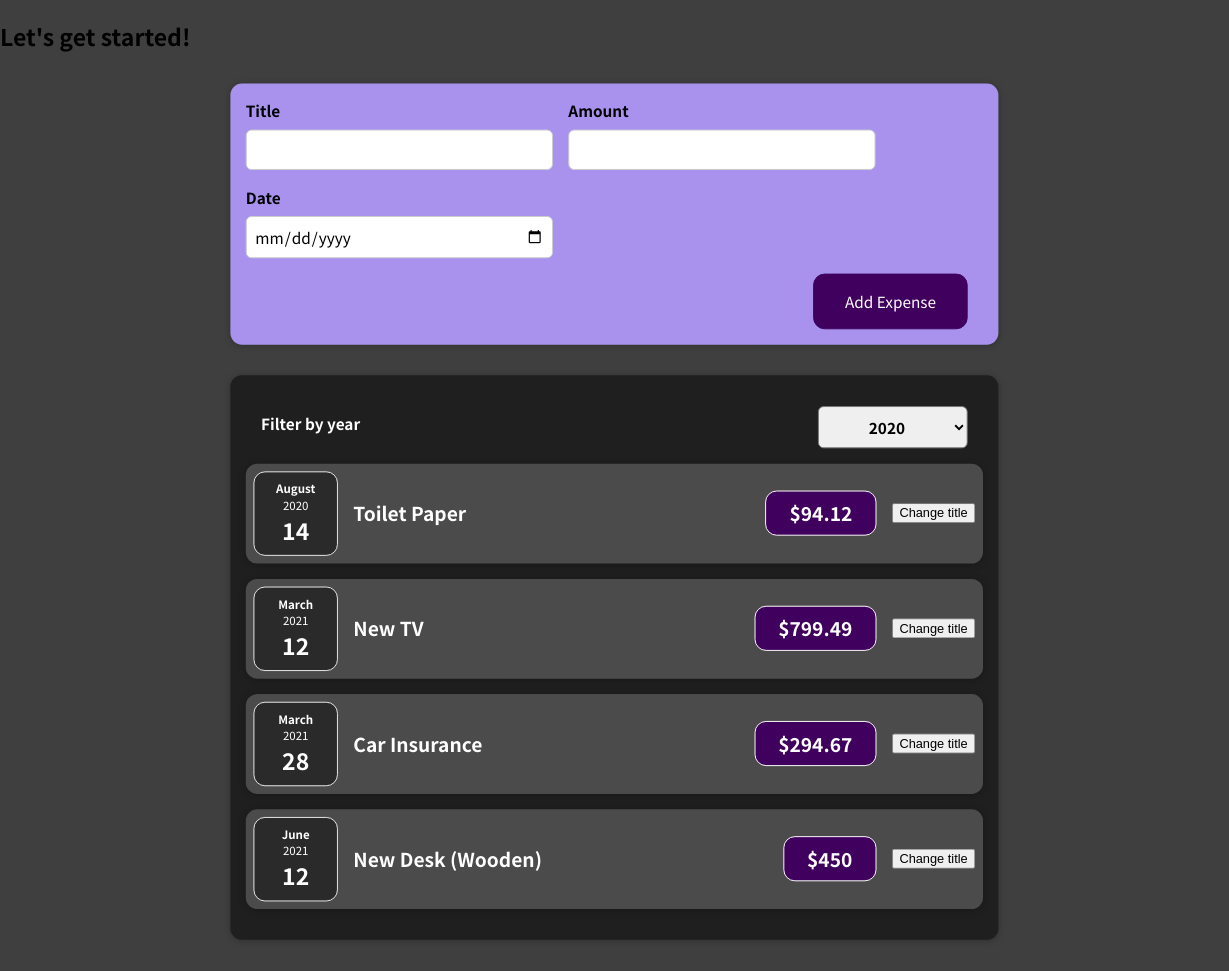
Repository: Dark-Developer93/react-complete-guide
Page: /, after clicking the first element matching `button`
These files come from the project's save history. The page is drawn as it stood at one moment and after a run of saves; the edit follows.
The browser window is 1280 px wide. The pictures show the whole page, at 96% of full size.
The project was rebuilt for these pictures with package versions that can differ from the ones it lists, and the page was loaded fresh each time.

Above is the page before, as saved 2022-11-05 00:25:40.

### src/App.js
import Expenses from "./components/Expenses/Expenses";
import NewExpense from "./components/NewExpense/NewExpense";

const App = () => {
  const expenses = [
    {
      id: "e1",
      title: "Toilet Paper",
      amount: 94.12,
      date: new Date(2020, 7, 14),
    },
    {
      id: "e2",
      title: "New TV",
      amount: 799.49,
      date: new Date(2021, 2, 12),
    },
    {
      id: "e3",
      title: "Car Insurance",
      amount: 294.67,
      date: new Date(2021, 2, 28),
    },
    {
      id: "e4",
      title: "New Desk (Wooden)",
      amount: 450,
      date: new Date(2021, 5, 12),
    },
  ];

  const addExpenseHandler = (expense) => {
    console.log(expense, "From App.js");
  };

  return (
    <div>
      <h2>Let's get started!</h2>
      <NewExpense onAddExpnese={addExpenseHandler} />
      <Expenses items={expenses} />
    </div>
  );
};

export default App;

### src/components/Expenses/Expenses.js
import React, { useState } from "react";

import "./Expenses.css";
import ExpenseItem from "./ExpenseItem";
import Card from "../UI/Card";
import ExpensesFilter from "./ExpensesFilter";

const Expenses = (props) => {
  const [filteredYear, setFilteredYear] = useState("2020");
  const filterChangeHandler = (selectedYear) => {
    setFilteredYear(selectedYear);
    console.log(selectedYear);
  };
  return (
    <Card className="expenses">
      <ExpensesFilter
        onChangeFilter={filterChangeHandler}
        selected={filteredYear}
      />
      {props.items.map((item) => {
        return (
          <ExpenseItem
            key={item.id}
            title={item.title}
            amount={item.amount}
            date={item.date}
          />
        );
      })}
    </Card>
  );
};

export default Expenses;

### src/components/NewExpense/NewExpense.js
import React from "react";
import "./NewExpense.css";
import ExpenseForm from "./ExpenseForm";

const NewExpense = (props) => {
  const saveExpenseDataHandler = (enteredExpenseData) => {
    const expenseData = {
      ...enteredExpenseData,
      id: Math.random().toString(),
    };
    props.onAddExpnese(expenseData);
  };
  return (
    <div className="new-expense">
      <ExpenseForm onSaveExpenseDate={saveExpenseDataHandler} />
    </div>
  );
};

export default NewExpense;

### src/components/Expenses/ExpenseItem.js
import { useState } from "react";

import "./ExpenseItem.css";
import ExpenseDate from "./ExpenseDate";
import Card from "../UI/Card";

const ExpenseItem = (props) => {
  const [title, setTitle] = useState(props.title);
  const { title2, amount, date } = props;
  const clickHandler = () => {
    setTitle(title2);
  };
  return (
    <Card className="expense-item">
      <ExpenseDate date={date} />
      <div className="expense-item__description">
        <h2>{title}</h2>
        <div className="expense-item__price">${amount}</div>
        <button onClick={clickHandler}>Change title</button>
      </div>
    </Card>
  );
};

export default ExpenseItem;

### src/components/Expenses/ExpensesFilter.js
import React from "react";

import "./ExpensesFilter.css";

const ExpensesFilter = (props) => {
  const dropDownChangeHandler = (e) => {
    // console.log(e.target.value);
    props.onChangeFilter(e.target.value);
  };
  return (
    <div className="expenses-filter">
      <div className="expenses-filter__control">
        <label>Filter by year</label>
        <select onChange={dropDownChangeHandler} value={props.selected}>
          <option value="2022">2022</option>
          <option value="2021">2021</option>
          <option value="2020">2020</option>
          <option value="2019">2019</option>
        </select>
      </div>
    </div>
  );
};

export default ExpensesFilter;

### src/components/NewExpense/NewExpense.css
.new-expense {
  background-color: #a892ee;
  padding: 1rem;
  margin: 2rem auto;
  width: 50rem;
  max-width: 95%;
  border-radius: 12px;
  text-align: center;
  box-shadow: 0 1px 8px rgba(0, 0, 0, 0.25);
}

.new-expense button {
  font: inherit;
  cursor: pointer;
  padding: 1rem 2rem;
  border: 1px solid #40005d;
  background-color: #40005d;
  color: white;
  border-radius: 12px;
  margin-right: 1rem;
}

.new-expense button:hover,
.new-expense button:active {
  background-color: #510674;
  border-color: #510674;
}

.new-expense button.alternative {
  color: #220131;
  border-color: transparent;
  background-color: transparent;
}

.new-expense button.alternative:hover,
.new-expense button.alternative:active {
  background-color: #ddb3f8;
}

### src/components/NewExpense/ExpenseForm.js
import React, { useState } from "react";
import "./ExpenseForm.css";

const ExpenseForm = (props) => {
  const [enteredTitle, setEnteredTitle] = useState("");
  const [enteredAmount, setEnteredAmount] = useState("");
  const [enteredDate, setEnteredDate] = useState("");
  // const [userInput, setUserInput] = useState({
  //   enteredTitle: "",
  //   enteredAmount: "",
  //   enteredDate: "",
  // });
  const titleChangeHandler = (e) => {
    setEnteredTitle(e.target.value);
    // setUserInput((prevState) => {
    //   return { ...prevState, enteredTitle: e.target.value };
    // });
  };
  const amountChangeHandler = (e) => {
    setEnteredAmount(e.target.value);
    // setUserInput((prevState) => {
    //   return { ...prevState, enteredAmount: e.target.value };
    // });
  };
  const dateChangeHandler = (e) => {
    setEnteredDate(e.target.value);
    // setUserInput((prevState) => {
    //   return { ...prevState, enteredDate: e.target.value };
    // });
  };
  const submitHandler = (e) => {
    e.preventDefault();
    const enteredData = {
      title: enteredTitle,
      amount: enteredAmount,
      date: new Date(enteredDate),
    };
    props.onSaveExpenseDate(enteredData);
    setEnteredTitle("");
    setEnteredAmount("");
    setEnteredDate("");
  };
  return (
    <form onSubmit={submitHandler}>
      <div className="new-expense__controls">
        <div className="new-expense__control">
          <label>Title</label>
          <input
            type="text"
            onChange={titleChangeHandler}
            value={enteredTitle}
          />
        </div>
        <div className="new-expense__control">
          <label>Amount</label>
          <input
            type="number"
            min="0.01"
            step="0.01"
            onChange={amountChangeHandler}
            value={enteredAmount}
          />
        </div>
        <div className="new-expense__control">
          <label>Date</label>
          <input
            type="date"
            min="2019-01-01"
            max="2022-12-31"
            onChange={dateChangeHandler}
            value={enteredDate}
          />
        </div>
      </div>
      <div className="new-expense__actions">
        <button type="submit">Add Expense</button>
      </div>
    </form>
  );
};

export default ExpenseForm;

### src/components/Expenses/ExpenseItem.css
.expense-item {
  display: flex;
  justify-content: space-between;
  align-items: center;
  padding: 0.5rem;
  margin: 1rem 0;
  background-color: #4b4b4b;
}

.expense-item__description {
  display: flex;
  flex-direction: column;
  gap: 1rem;
  align-items: flex-end;
  flex-flow: column-reverse;
  justify-content: flex-start;
  flex: 1;
}

.expense-item h2 {
  color: #3a3a3a;
  font-size: 1rem;
  flex: 1;
  margin: 0 1rem;
  color: white;
}

.expense-item__price {
  font-size: 1rem;
  font-weight: bold;
  color: white;
  background-color: #40005d;
  border: 1px solid white;
  padding: 0.5rem;
  border-radius: 12px;
}

@media (min-width: 580px) {
  .expense-item__description {
    flex-direction: row;
    align-items: center;
    justify-content: flex-start;
    flex: 1;
  }

  .expense-item__description h2 {
    font-size: 1.25rem;
  }

  .expense-item__price {
    font-size: 1.25rem;
    padding: 0.5rem 1.5rem;
  }
}

### src/components/Expenses/ExpenseDate.js
import "./ExpenseDate.css";
const ExpenseDate = (props) => {
  const month = props.date.toLocaleDateString("en-US", { month: "long" });
  const year = props.date.toLocaleDateString("en-US", { year: "numeric" });
  const day = props.date.toLocaleDateString("en-US", { day: "numeric" });
  return (
    <div className="expense-date">
      <div className="expense-date__month">{month}</div>
      <div className="expense-date__year">{year}</div>
      <div className="expense-date__day">{day}</div>
    </div>
  );
};

export default ExpenseDate;

Loaded but not shown: public/index.html (common file); src/index.js (common file); src/index.css (common file); src/components/Expenses/Expenses.css (common file); src/components/UI/Card.js (common file); src/components/UI/Card.css (common file); src/components/Expenses/ExpensesFilter.css (common file); src/components/NewExpense/ExpenseForm.css (common file); src/components/Expenses/ExpenseDate.css (common file)

After the next 2 saves:
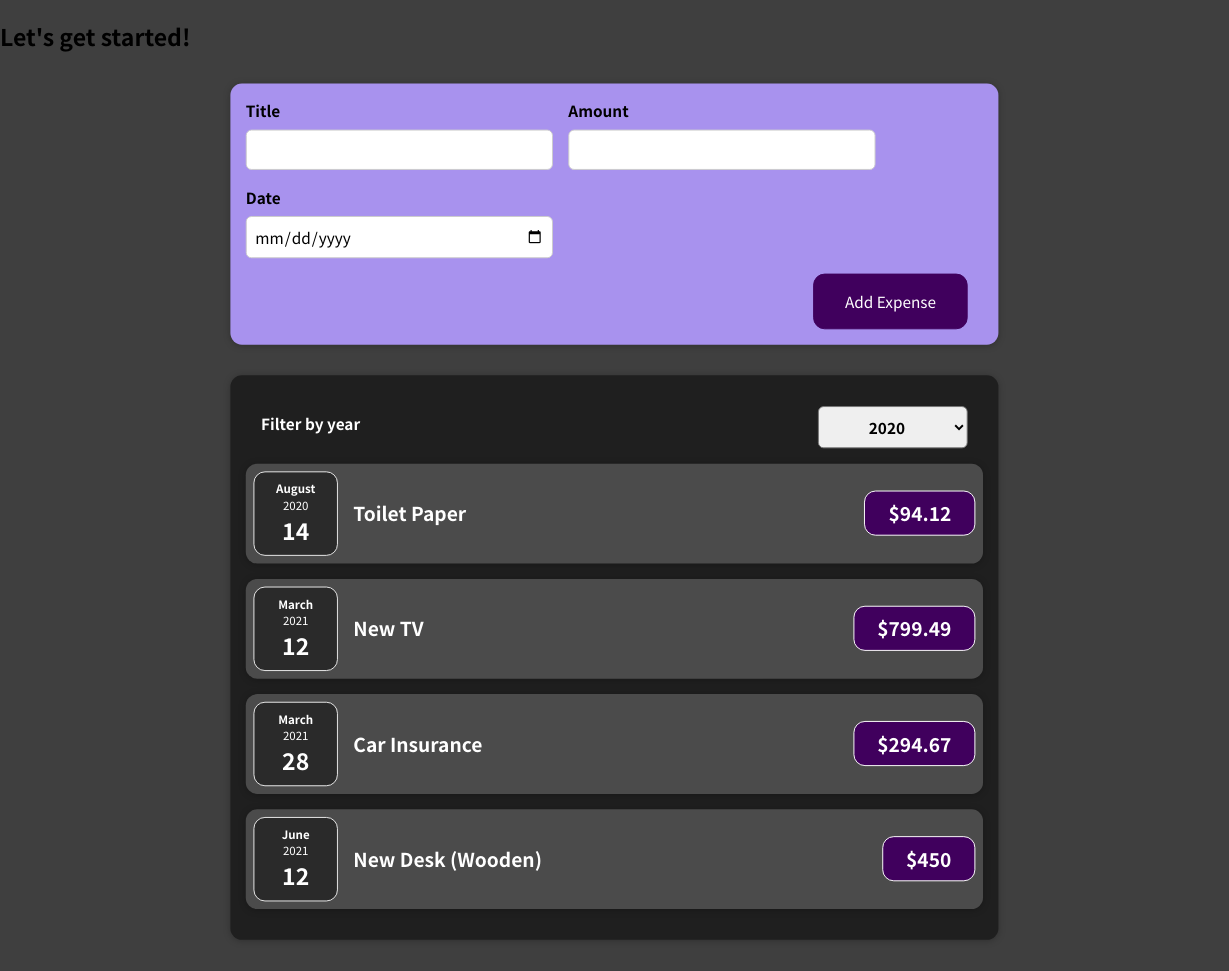
The 2 saves are shown as one change because 1 did not build or start.
The last was saved 9 min 10 s later.
--- a/src/components/Expenses/ExpenseItem.js
+++ b/src/components/Expenses/ExpenseItem.js
@@ -5,18 +5,13 @@ import ExpenseDate from "./ExpenseDate";
 import Card from "../UI/Card";
 
 const ExpenseItem = (props) => {
-  const [title, setTitle] = useState(props.title);
-  const { title2, amount, date } = props;
-  const clickHandler = () => {
-    setTitle(title2);
-  };
+  const { title, amount, date } = props;
   return (
     <Card className="expense-item">
       <ExpenseDate date={date} />
       <div className="expense-item__description">
         <h2>{title}</h2>
         <div className="expense-item__price">${amount}</div>
-        <button onClick={clickHandler}>Change title</button>
       </div>
     </Card>
   );
